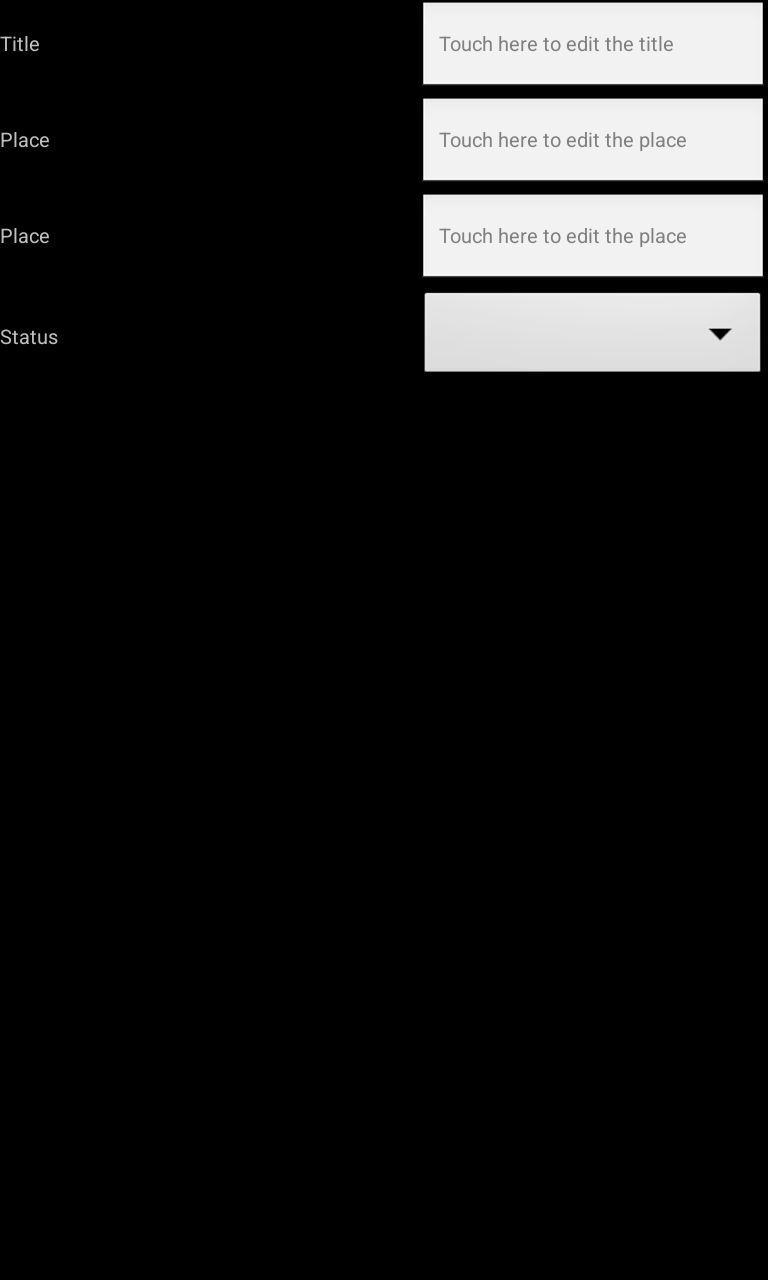
Repository: hilfialkaff/todo
Layout: ToDo_Replica/res/layout/add.xml
An editor plug-in stored every save of this project. The layout is shown before and after the next save, followed by the edit.
It is drawn on a 768 x 1280 px phone screen (xhdpi) without system bars, with theme CustomTheme; the app's code is not run.

Above is the layout before, as saved 2011-03-18 01:37:34.

After the next save:
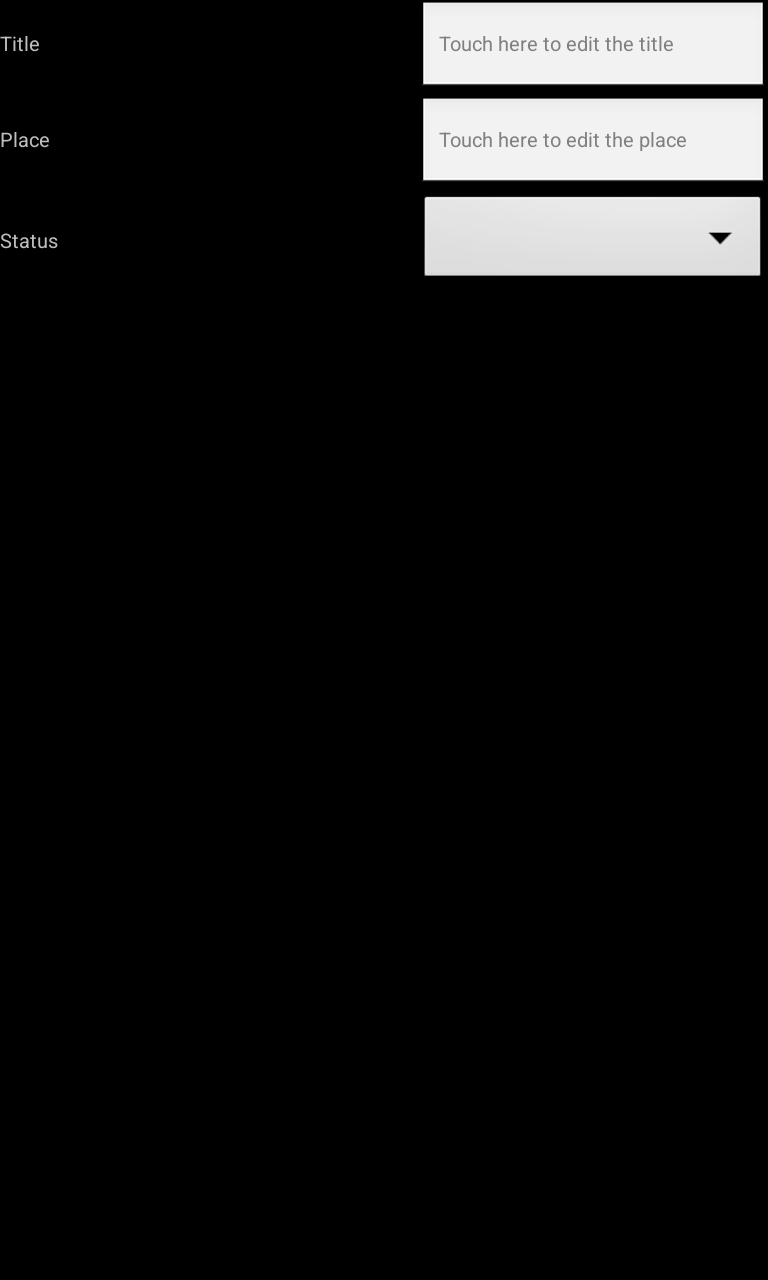
Saved 117 s later.
--- a/ToDo_Replica/res/layout/add.xml
+++ b/ToDo_Replica/res/layout/add.xml
@@ -52,25 +52,6 @@ android:scrollbars="vertical"
 		</EditText>
 	</TableRow>
 	<TableRow
-		android:id="@+id/tr_place"
-		android:layout_width="fill_parent"
-		android:layout_height="wrap_content">
-		<TextView
-			android:id="@+id/tv_place"
-			android:layout_width="wrap_content"
-			android:layout_height="wrap_content"
-			android:text="Place"
-			android:textSize="20px">
-		</TextView>
-		<EditText
-			android:id="@+id/et_place"
-			android:layout_width="350px"
-			android:layout_height="wrap_content"
-			android:hint="Touch here to edit the place"
-			android:textSize="20px">
-		</EditText>
-	</TableRow>
-	<TableRow
 		android:id="@+id/tr_status"
 		android:layout_width="fill_parent"
 		android:layout_height="wrap_content"
